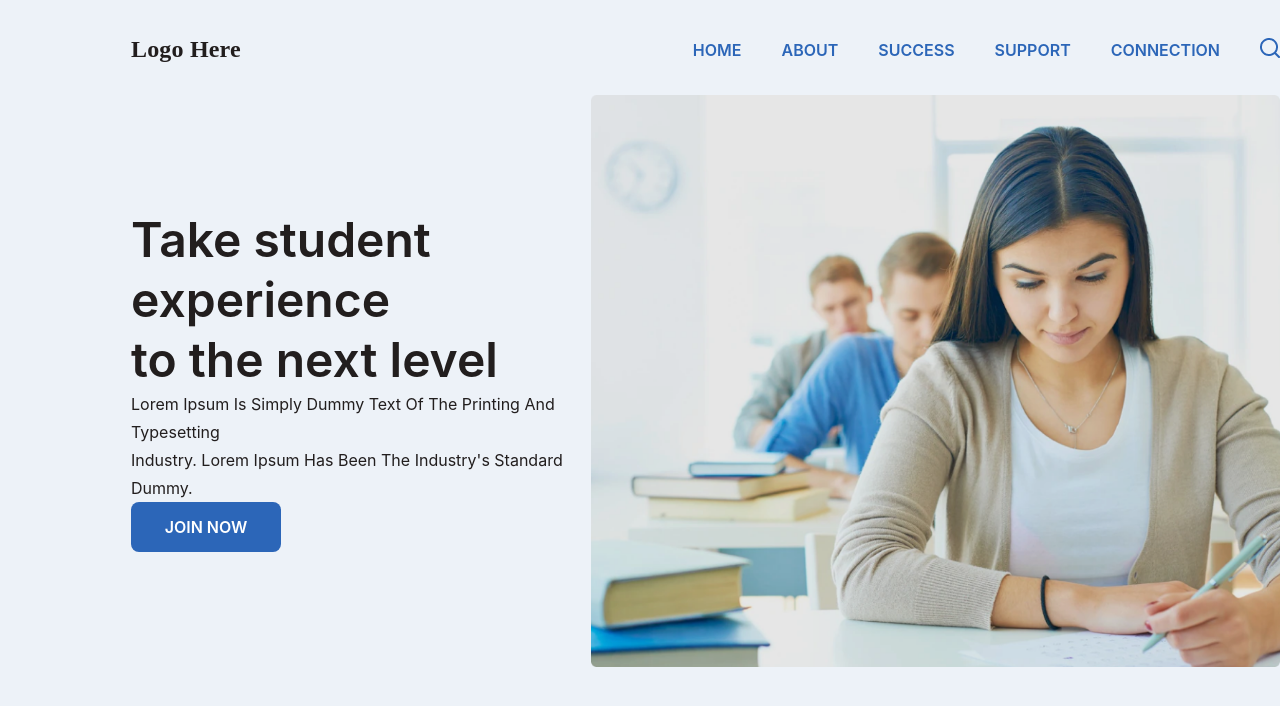
Repository: FaridRustamov09/Final-Task
Page: Pages/homePage/index.html
An editor plug-in stored every save of this project. The page is shown before and after a run of saves, followed by the edit.
The browser window is 1280 px wide. The pictures show the whole page.
The style sheet was rebuilt from its Sass, Less or Tailwind sources for each picture, by a compiler version that may differ from the author's.

Above is the page before, as saved 2024-07-14 20:19:34.

After the next 3 saves:
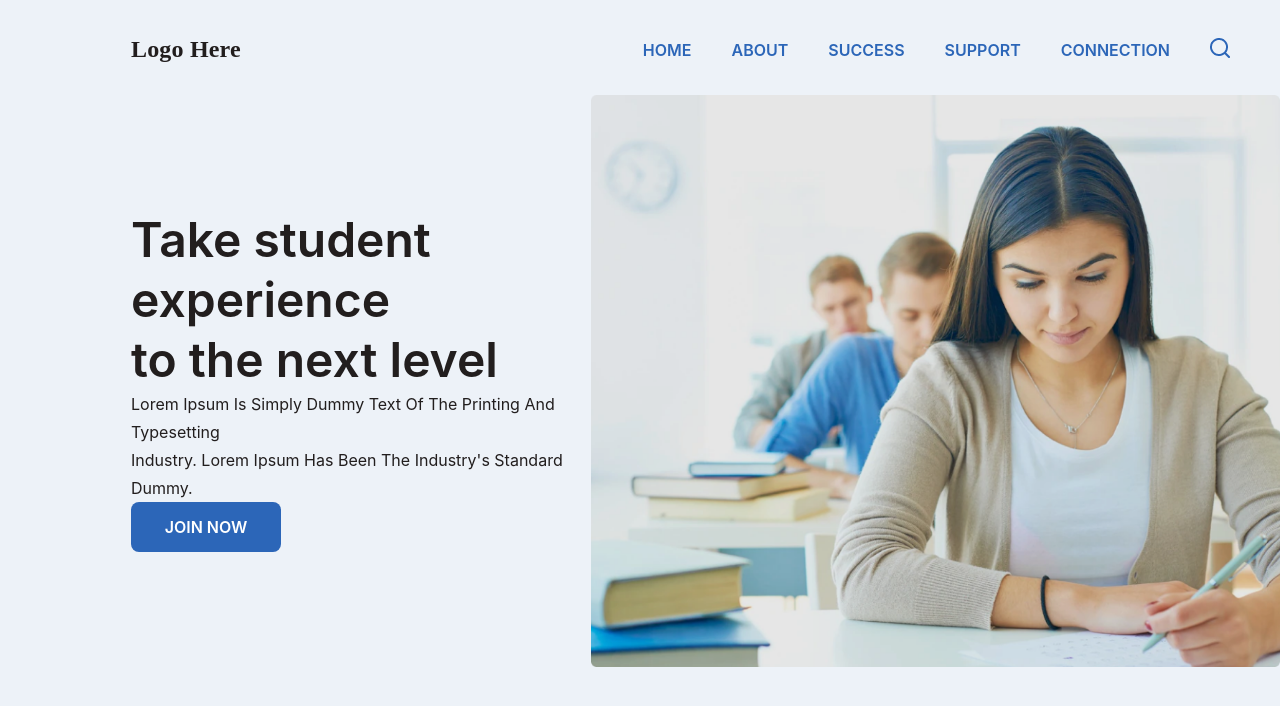
The 3 saves are shown as one change because they came seconds apart.
The last was saved 12 s later.
--- a/Pages/homePage/index.scss
+++ b/Pages/homePage/index.scss
@@ -8,6 +8,7 @@
   background: #edf2f8;
   min-height: 100vh;
   nav {
+    padding-right: 50px;
     display: flex;
     align-items: center;
     justify-content: space-between;
